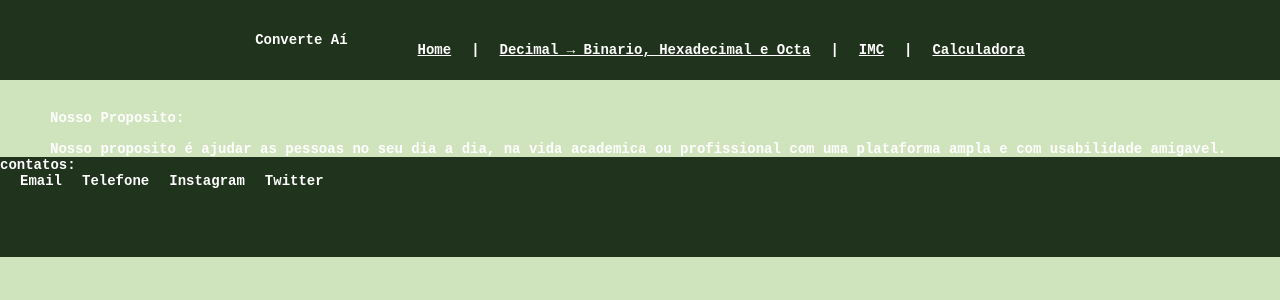
Repository: Frav1u/converteai
Page: ConverteAi/src/main/webapp/home.html
The author's editor kept a copy of each file at every save. The page is drawn from the files as they stood at one save, then again after the next save.
The browser window is 1280 px wide. The pictures show the whole page.
Some web fonts or font styles are not loaded; a fallback is used.

Above is the page before, as saved 2023-10-01 00:17:52.

After the next save:
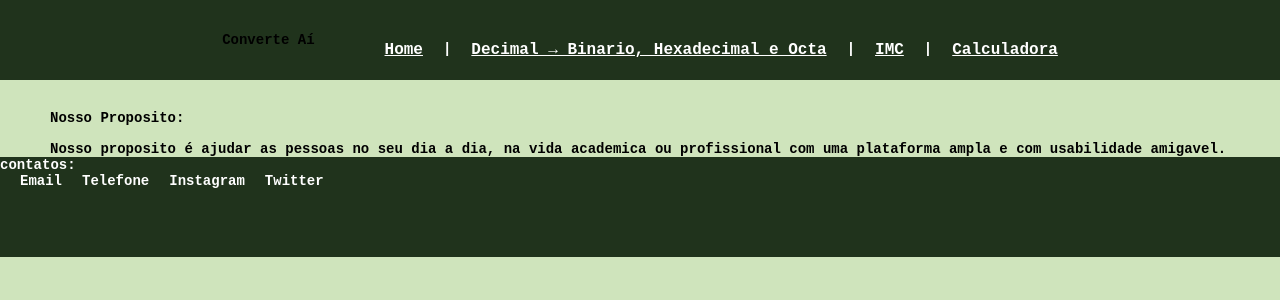
Saved 60 s later.
--- a/ConverteAi/src/main/webapp/stylehome.css
+++ b/ConverteAi/src/main/webapp/stylehome.css
@@ -8,7 +8,6 @@
     font-weight: 600;
     font-size: 14px;
     outline: none;
-    color: white;
 }
 
 body{
@@ -56,6 +55,12 @@ footer{
 
 }
 
+.menu a {
+	color: white;
+	font-size: 16px;
+
+}
+
 .tituloProposito{
 	margin-top: 30px;
 	margin-left: 50px;
